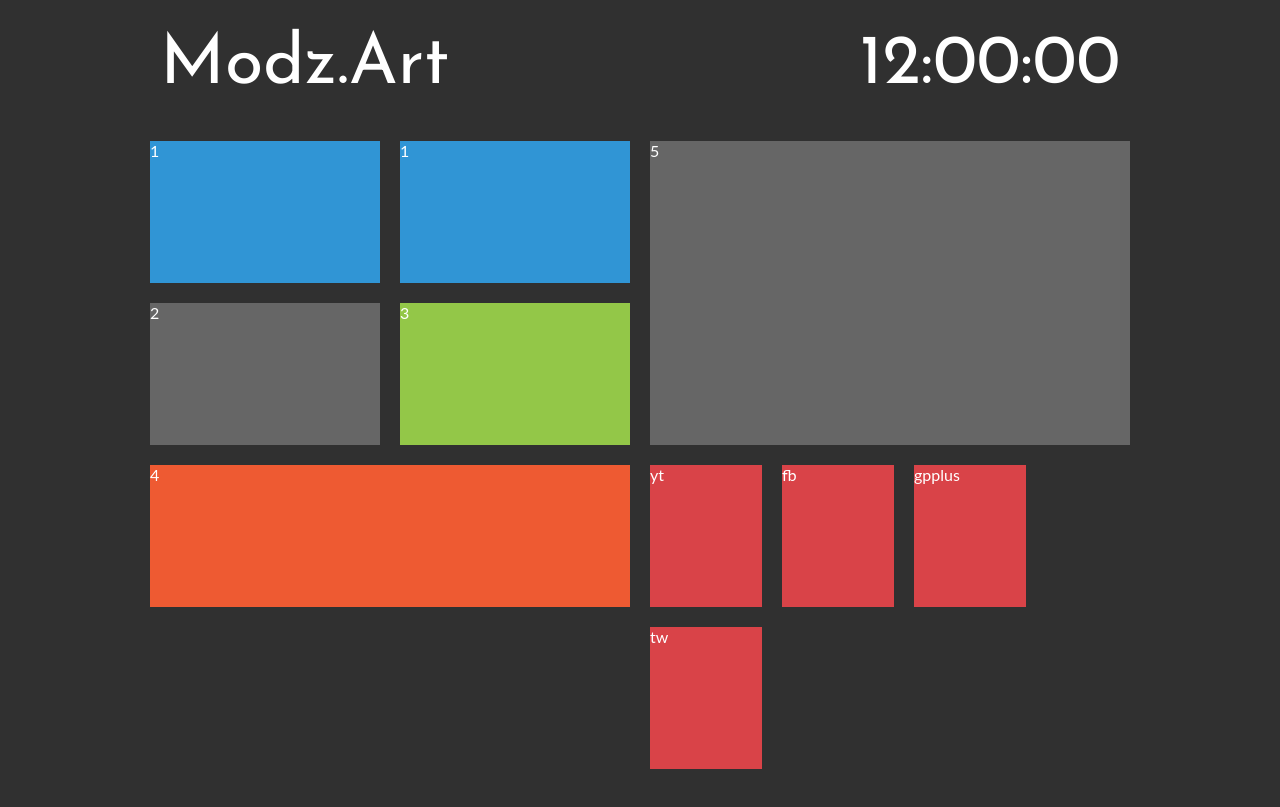
Repository: RemModz/Portfolio
Page: index.html
These files come from the project's save history. The page is drawn as it stood at one moment and after the next save; the edit follows.
The browser window is 1280 px wide. The pictures show the whole page.

Above is the page before, as saved 2018-11-01 19:03:41.

After the next save:
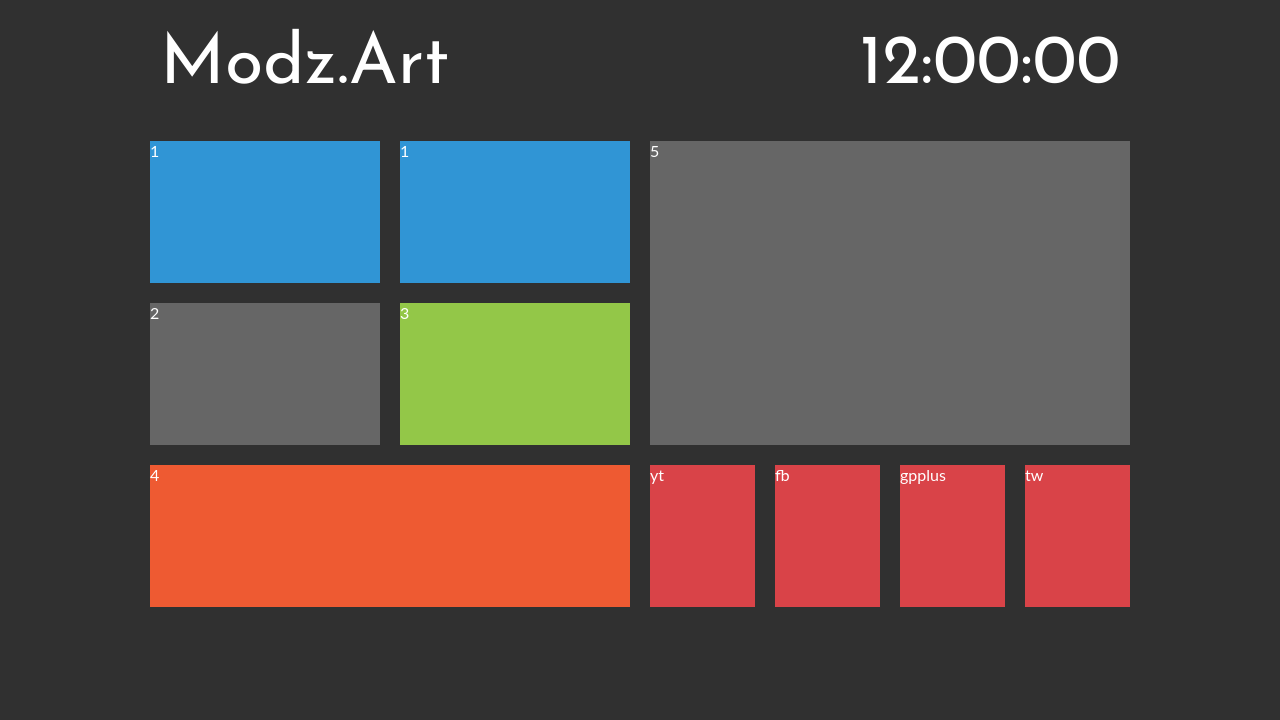
Saved 21 s later.
--- a/style.css
+++ b/style.css
@@ -77,7 +77,7 @@
 
 .yt {
     margin: 10px;
-    width: 112px;
+    width: 105px;
     height: 142px;
     background-color: #d94348;
     float: left;
@@ -85,7 +85,7 @@
 
 .fb {
     margin: 10px;
-    width: 112px;
+    width: 105px;
     height: 142px;
     background-color: #d94348;
     float: left;
@@ -93,7 +93,7 @@
 
 .gplus {
     margin: 10px;
-    width: 112px;
+    width: 105px;
     height: 142px;
     background-color: #d94348;
     float: left;
@@ -101,7 +101,7 @@
 
 .tw {
     margin: 10px;
-    width: 112px;
+    width: 105px;
     height: 142px;
     background-color: #d94348;
     float: left;
